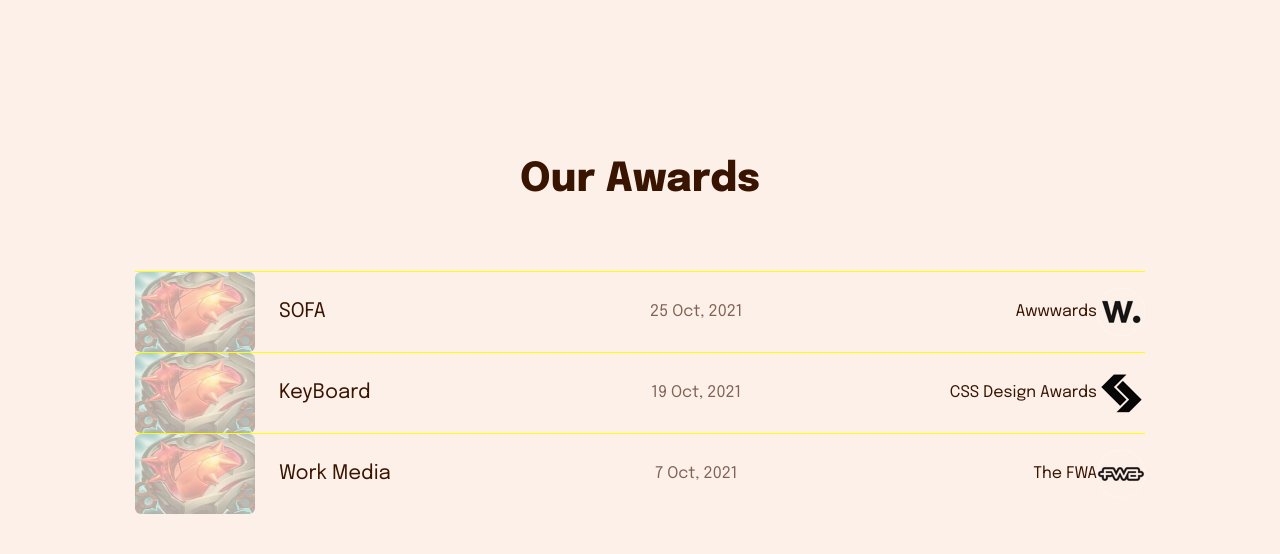
Repository: PoladEziz/Task-19
Page: index.html
An editor plug-in stored every save of this project. The page is shown before and after a run of saves, followed by the edit.
The browser window is 1280 px wide. The pictures show the whole page.
The style sheet was rebuilt from its Sass, Less or Tailwind sources for each picture, by a compiler version that may differ from the author's.

Above is the page before, as saved 2023-09-12 15:51:58.

### index.html
<!DOCTYPE html>
<html lang="en">
  <head>
    <meta charset="UTF-8" />
    <meta name="viewport" content="width=device-width, initial-scale=1.0" />
    <title>Document</title>
    <link rel="stylesheet" href="./index.css" />
  </head>

  <body>
    <div class="awards">
      <h1>Our Awards</h1>
      <table>
        <tr>
          <td>
            <div class="left-box">
              <img class="first" src="./foto.jpg" alt="" />
              <h2>SOFA</h2>
            </div>
          </td>
          <td>
            <p>25 Oct, 2021</p>
          </td>
          <td>
            <div class="right-box">
              <h3>Awwwards</h3>
            <img src="./img/Bitmap (8).png" alt="" />
            </div>

          </td>
        </tr>
        <tr>
          <td>
            <div class="left-box">
              <img class="first" src="./foto.jpg" alt="" />
              <h2>KeyBoard</h2>
            </div>
          </td>
          <td>
            <p>19 Oct, 2021</p>
          </td>
          <td>
            <div class="right-box">
              <h3>CSS Design Awards</h3>
              <img src="./img/Bitmap (9).png" alt="" />
            </div>

          </td>
        </tr>
        <tr>
          <td>
            <div class="left-box">
              <img class="first" src="./foto.jpg" alt="" />
              <h2>Work Media</h2>
            </div>

          </td>
          <td>
            <p>7 Oct, 2021</p>
          </td>
          <td>
            <div class="right-box">
              <h3>The FWA</h3>
              <img src="./img/Bitmap (10).png" alt="" />
            </div>

          </td>
        </tr>
      </table>
    </div>
  </body>
</html>

### index.scss
@import url('https://fonts.googleapis.com/css2?family=Epilogue:wght@400;800&display=swap');

* {
    padding: 0;
    margin: 0;
    box-sizing: border-box;
}

.awards {
    width: 100%;
    min-height: 100vh;
    background: #FDF0E9;
    padding: 156px 135px;

    h1 {
        color: var(--Text_Dark, #391400);
        text-align: center;
        font-feature-settings: 'clig' off, 'liga' off;
        font-family: Epilogue;
        font-size: 40px;
        font-style: normal;
        font-weight: 800;
        line-height: 48px;
    }

    table {
        width: 100%;
        margin-top: 67px;
        border-collapse: collapse;
        tr {
            width: 100%;

            border-top: 1px solid yellow;
            td {

                .first {
                    width: 120px;
                    height: 80px;
                    border-radius: 6px;
                    opacity: 0.3181;
                    background: #5C2000;
                }

                h2 {
                    margin-left: 24px;
                    color: var(--Text_Dark, #391400);
                    font-feature-settings: 'clig' off, 'liga' off;
                    font-family: Epilogue;
                    font-size: 20px;
                    font-style: normal;
                    font-weight: 400;
                    line-height: 32px;
                }

                p {
                    color: var(--Text_Dark_Gray, rgba(57, 20, 0, 0.64));
                    text-align: center;
                    font-feature-settings: 'clig' off, 'liga' off;
                    font-family: Epilogue;
                    font-size: 16px;
                    font-style: normal;
                    font-weight: 400;
                    line-height: 32px;
                }

                h3 {
                    color: var(--Text_Dark, #391400);
                    text-align: right;
                    font-feature-settings: 'clig' off, 'liga' off;
                    font-family: Epilogue;
                    font-size: 16px;
                    font-style: normal;
                    font-weight: 400;
                    line-height: 32px;
                }
            }
            .left-box, .right-box{
                display: flex;
                align-items: center;
            }
            .right-box{
                justify-content: flex-end;
            }
            &:last-child{

            }
        }
    }
}

After the next 3 saves:
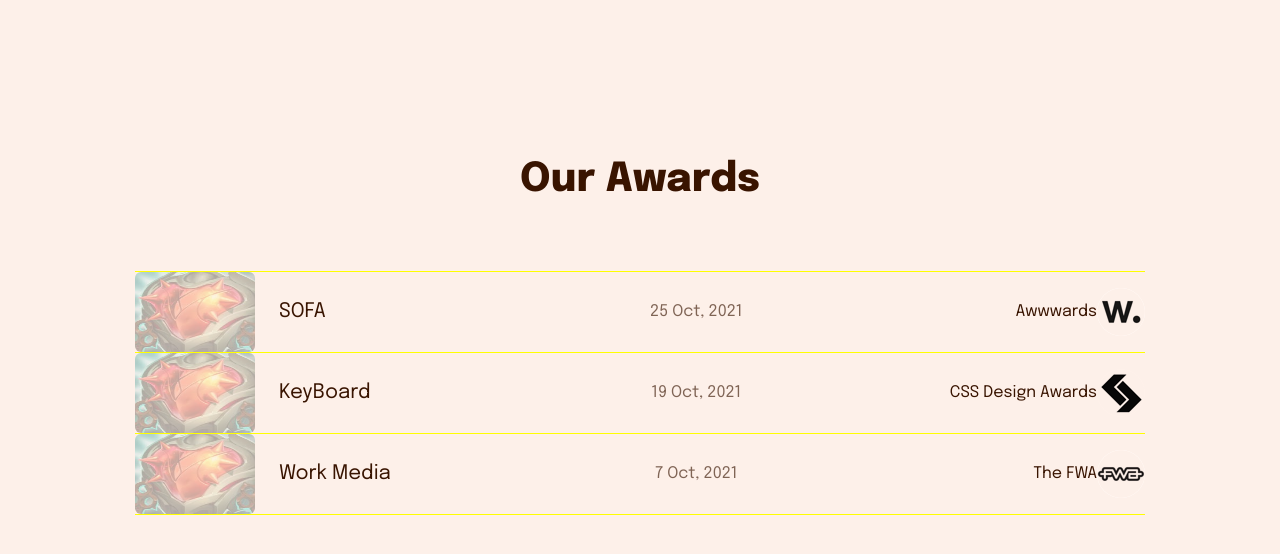
The 3 saves are shown as one change because they came seconds apart.
The last was saved 9 s later.
--- a/index.scss
+++ b/index.scss
@@ -82,6 +82,7 @@
                 justify-content: flex-end;
             }
             &:last-child{
+                border-bottom: 1px solid yellow;
 
             }
         }
